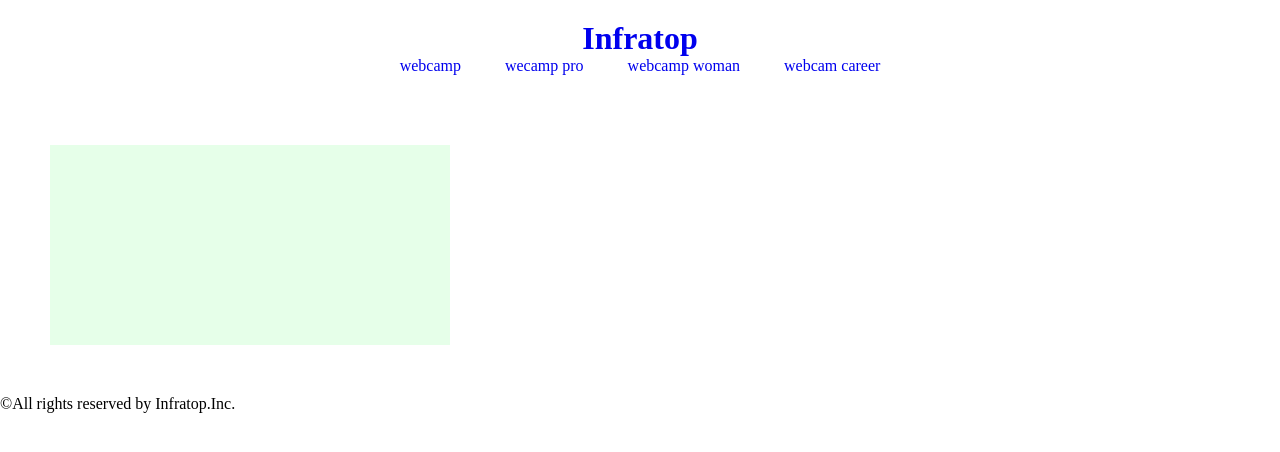
Repository: ego-boosting/assightment_1
Page: infratop/index.html
The author's editor kept a record of every edit. The page is drawn from the files as they stood at one moment, then again after the next edit.
The browser window is 1280 px wide. The pictures show the whole page.

Above is the page before.

After the next edit:
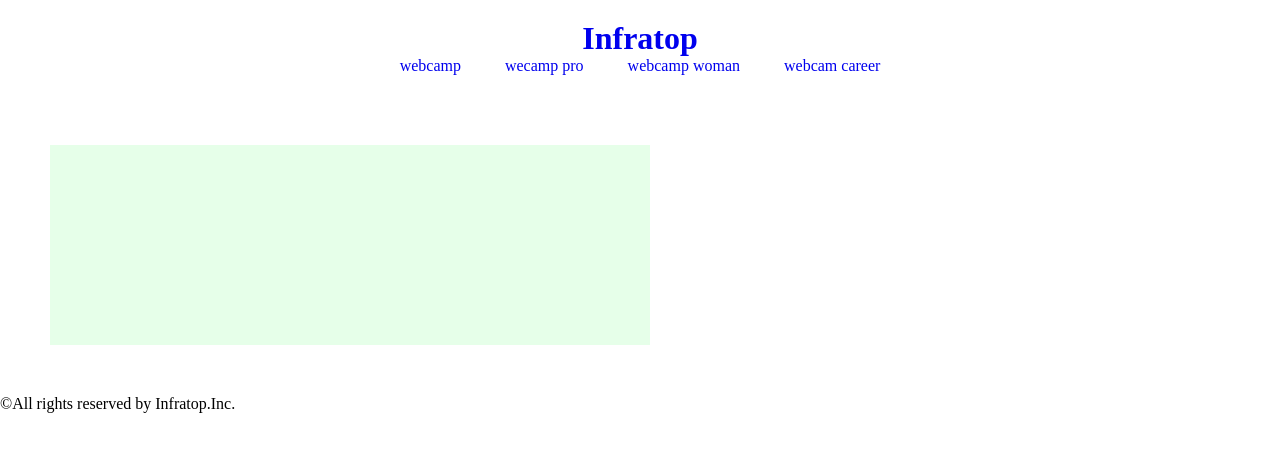
The edit:
--- a/infratop/style.css
+++ b/infratop/style.css
@@ -102,7 +102,7 @@
   background-color: #e6ffe9;
 }
 
-.box{
+.box10{
   width: 200px;
   height: 200px;
   background-color: #e6ffe9;
